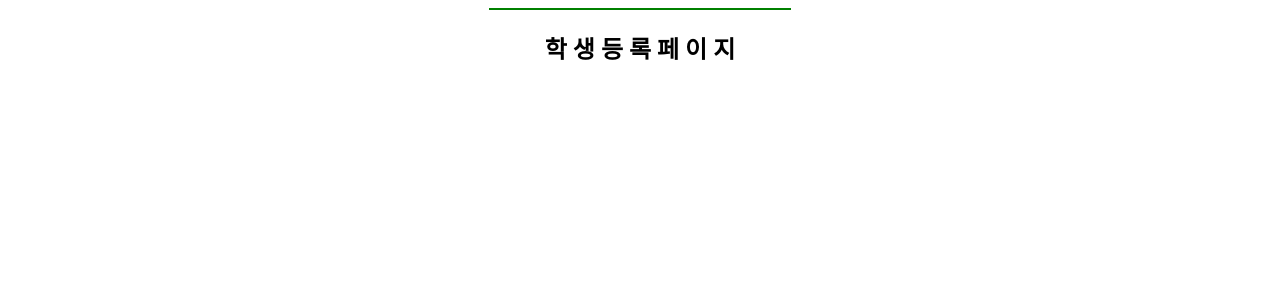
Repository: sungeunbyeol/Nowon-ezen-jsp
Page: http://localhost/myHome/student.jsp
The author's editor kept a copy of each file at every save. The page is drawn from the files as they stood at one save, then again after the next save.
The browser window is 1280 px wide. The pictures show the whole page.
The page is served by Tomcat 9. Other server files are loaded and not shown.

Above is the page before, as saved 2021-11-03 02:40:02.

### myHome/WebContent/student.jsp
<%@ page language="java" contentType="text/html; charset=EUC-KR"
    pageEncoding="EUC-KR"%>
<!-- student.jsp -->

<html>
<head>
	<title>학생관리 프로그램</title>
</head>
<body>
	<div align="center">
		<hr color="green" width="300">
		<h2>학 생 등 록 페 이 지</h2>
	</div>
</body>
</html>

After the next save:
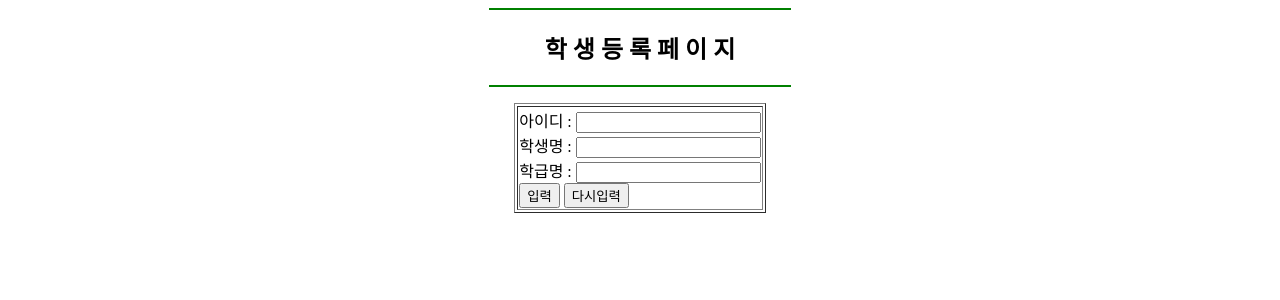
Saved 2 min 51 s later.
--- a/myHome/WebContent/student.jsp
+++ b/myHome/WebContent/student.jsp
@@ -10,6 +10,19 @@
 	<div align="center">
 		<hr color="green" width="300">
 		<h2>학 생 등 록 페 이 지</h2>
+		<hr color="green" width="300">
+		<form name="f" action="insert.jsp" method="post"></form>
+			<table border="1">
+				<tr>
+					<td>
+					아이디 : <input type="text" name="id"><br>
+					학생명 : <input type="text" name="name"><br>
+					학급명 : <input type="text" name="cname"><br>
+					<input type="submit" value="입력">
+					<input type="reset" value="다시입력">
+					</td>
+				</tr>
+			</table>
 	</div>
 </body>
 </html>
